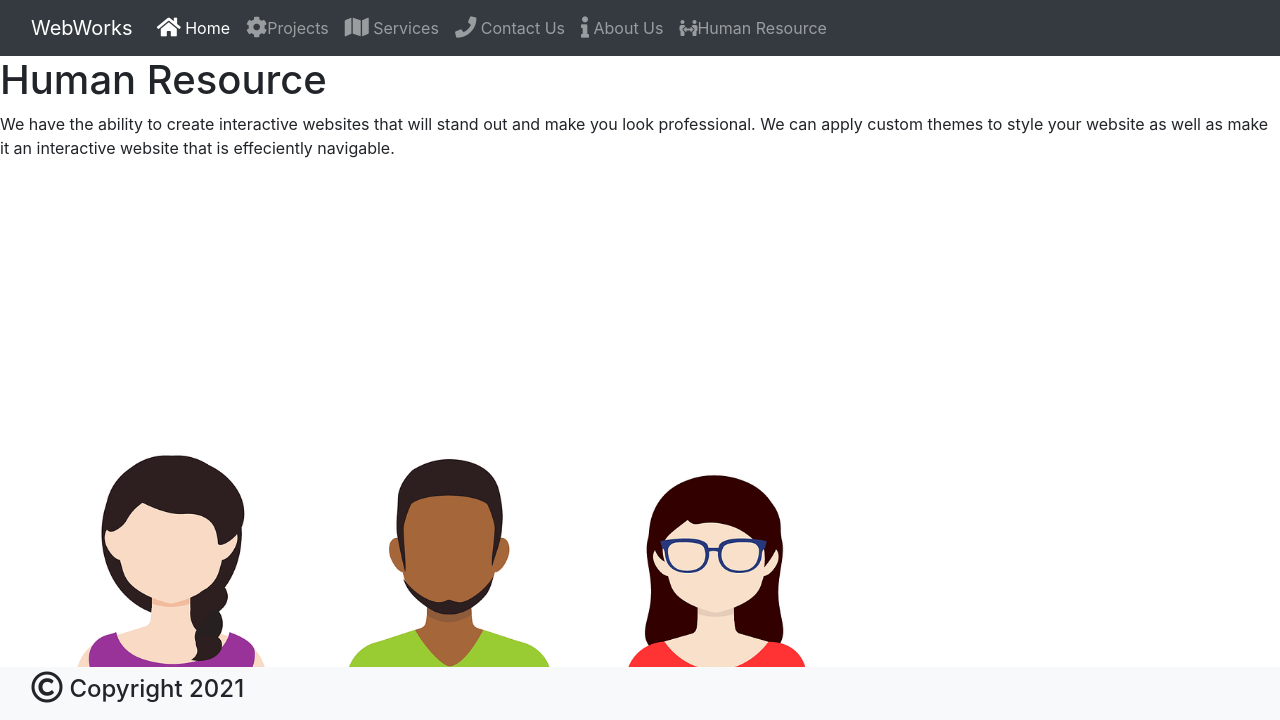
Repository: JonathonWager/Webd6202Lab1
Page: human_resource.html
An editor plug-in stored every save of this project. The page is shown before and after the next save, followed by the edit.
The browser window is 1280 px wide. The pictures show the whole page.

Above is the page before, as saved 2021-02-05 20:28:38.
Not found: Content/app.css

After the next save:
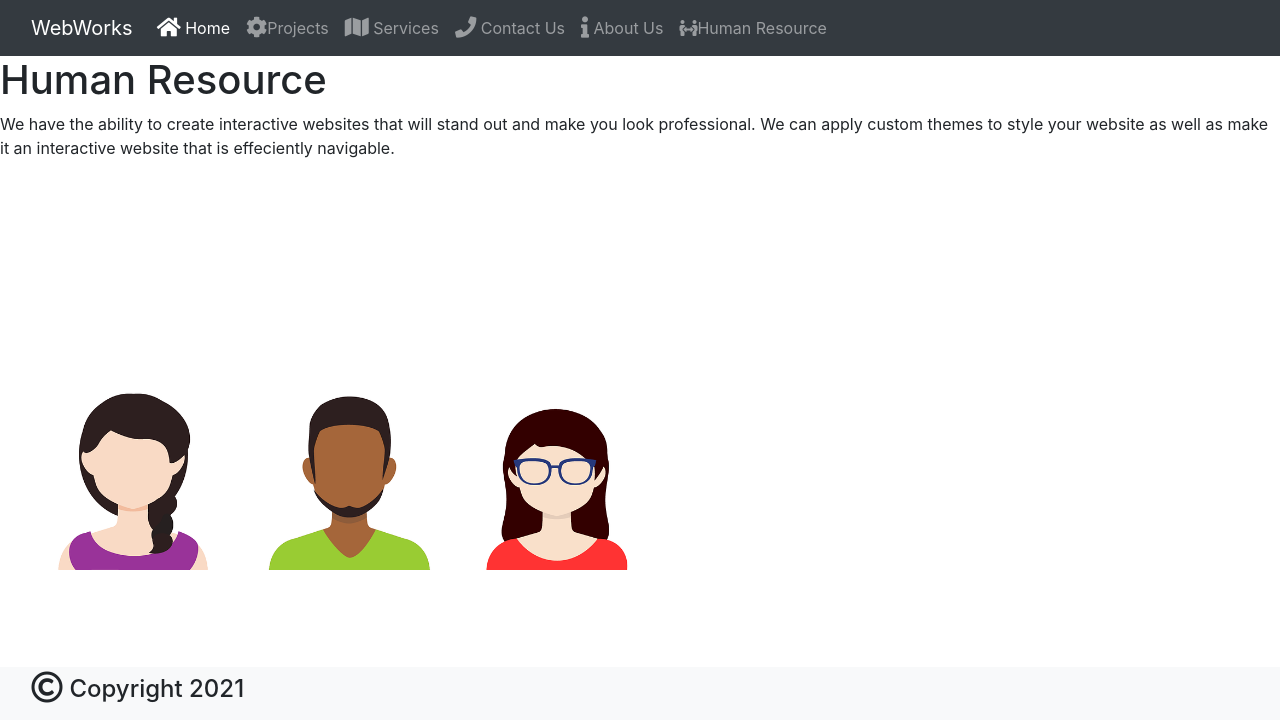
Saved 16 s later.
--- a/human_resource.html
+++ b/human_resource.html
@@ -49,7 +49,7 @@
     <main>
     <h1>Human Resource</h1>
       <div id="HRcontent"> </div>
-      <img src="/Pictures/Human Resources Page/HRPicture.png" width = 900x; alt="Deck of Cards">
+      <img src="/Pictures/Human Resources Page/HRPicture.png" width = 700x; alt="Deck of Cards">
   </main>
 
     <!-- Main Footer -->
